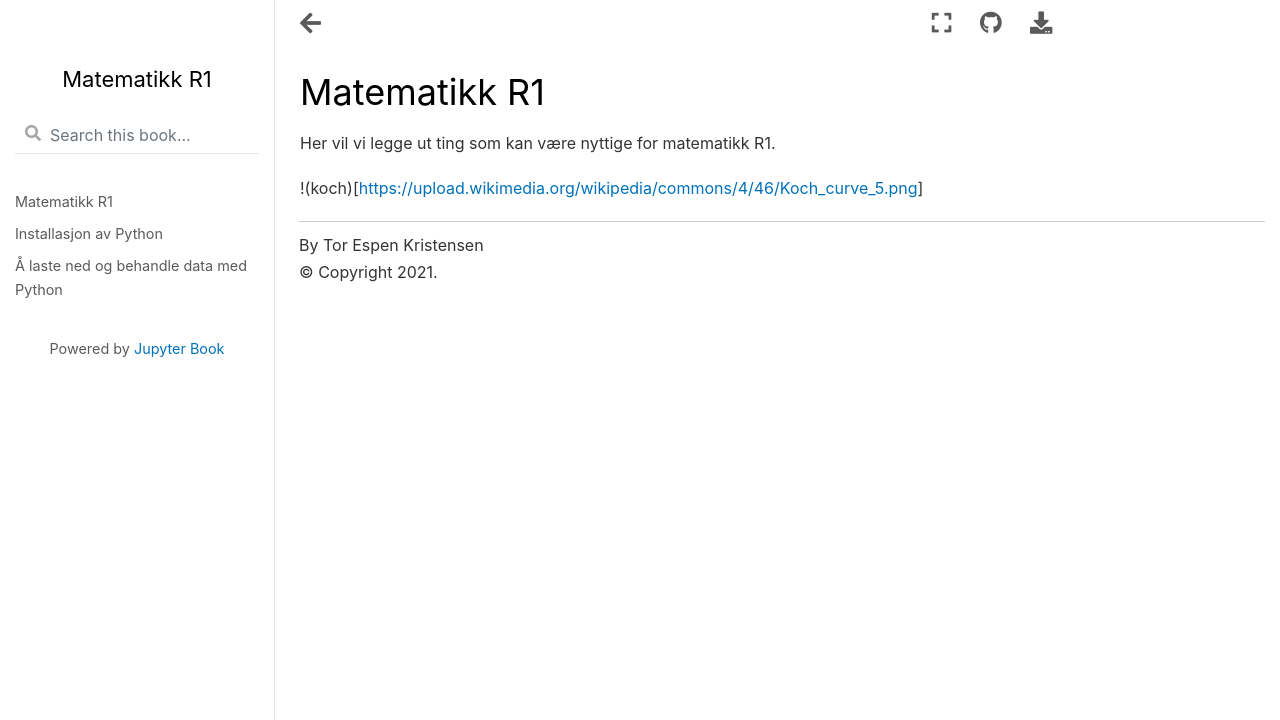
Repository: tork73/R1
Page: R1-programmering/_build/html/intro.html
An editor plug-in stored every save of this project. The page is shown before and after the next save, followed by the edit.
The browser window is 1280 px wide. The pictures show the whole page.

Above is the page before, as saved 2022-01-31 14:26:52.

After the next save:
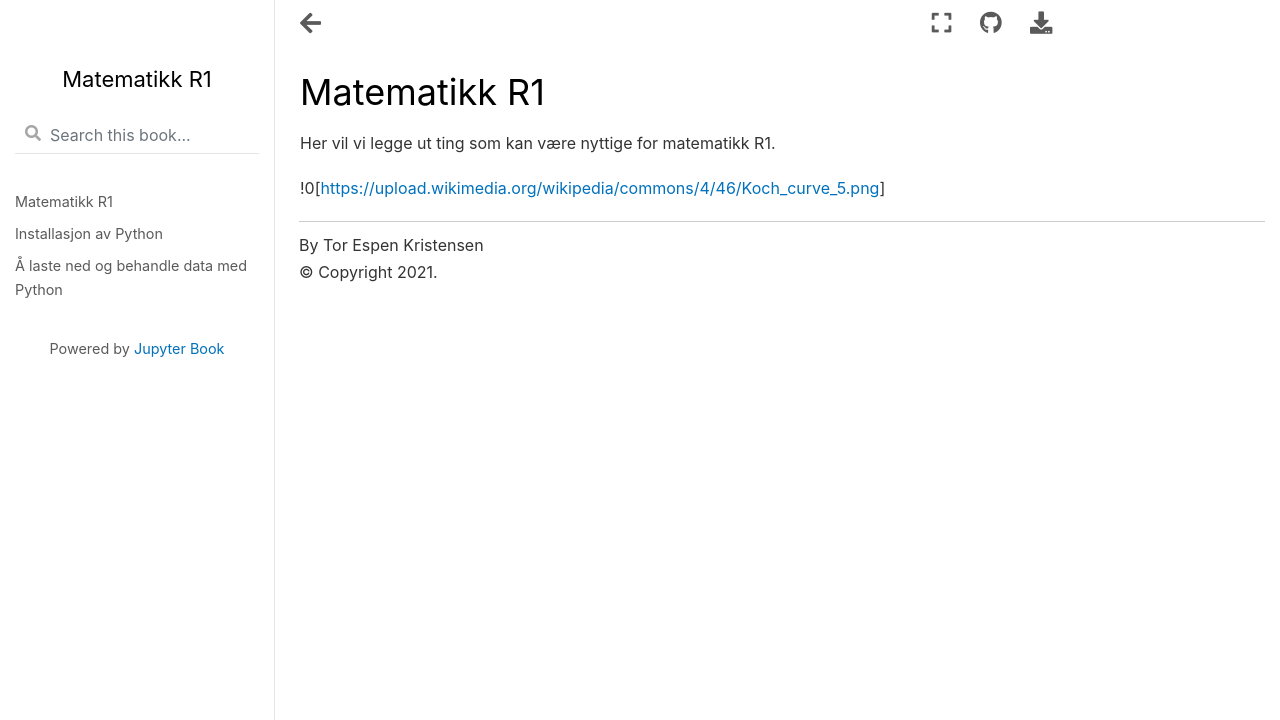
Saved 26 s later.
--- a/R1-programmering/_build/html/intro.html
+++ b/R1-programmering/_build/html/intro.html
@@ -142,7 +142,7 @@
         <!-- ipynb file if we had a myst markdown file -->
 
         <!-- Download raw file -->
-        <a class="dropdown-buttons" href="../_sources/.history/intro_20220131142652.md"><button type="button"
+        <a class="dropdown-buttons" href="../_sources/.history/intro_20220131142718.md"><button type="button"
                 class="btn btn-secondary topbarbtn" title="Download source file" data-toggle="tooltip"
                 data-placement="left">.md</button></a>
         <!-- Download PDF via print -->
@@ -162,7 +162,7 @@
                 data-toggle="tooltip" data-placement="left" title="Source repository"><i
                     class="fab fa-github"></i>repository</button></a>
         <a class="issues-button"
-            href="https://github.com/executablebooks/jupyter-book/issues/new?title=Issue%20on%20page%20%2F.history/intro_20220131142652.html&body=Your%20issue%20content%20here."><button
+            href="https://github.com/executablebooks/jupyter-book/issues/new?title=Issue%20on%20page%20%2F.history/intro_20220131142718.html&body=Your%20issue%20content%20here."><button
                 type="button" class="btn btn-secondary topbarbtn" data-toggle="tooltip" data-placement="left"
                 title="Open an issue"><i class="fas fa-lightbulb"></i>open issue</button></a>
 
@@ -204,7 +204,7 @@
   <div class="tex2jax_ignore mathjax_ignore section" id="matematikk-r1">
 <h1>Matematikk R1<a class="headerlink" href="#matematikk-r1" title="Permalink to this headline">¶</a></h1>
 <p>Her vil vi legge ut ting som kan være nyttige for matematikk R1.</p>
-<p>!(koch)[<a class="reference external" href="https://upload.wikimedia.org/wikipedia/commons/4/46/Koch_curve_5.png">https://upload.wikimedia.org/wikipedia/commons/4/46/Koch_curve_5.png</a>]</p>
+<p>!0[<a class="reference external" href="https://upload.wikimedia.org/wikipedia/commons/4/46/Koch_curve_5.png">https://upload.wikimedia.org/wikipedia/commons/4/46/Koch_curve_5.png</a>]</p>
 </div>
 
     <script type="text/x-thebe-config">
